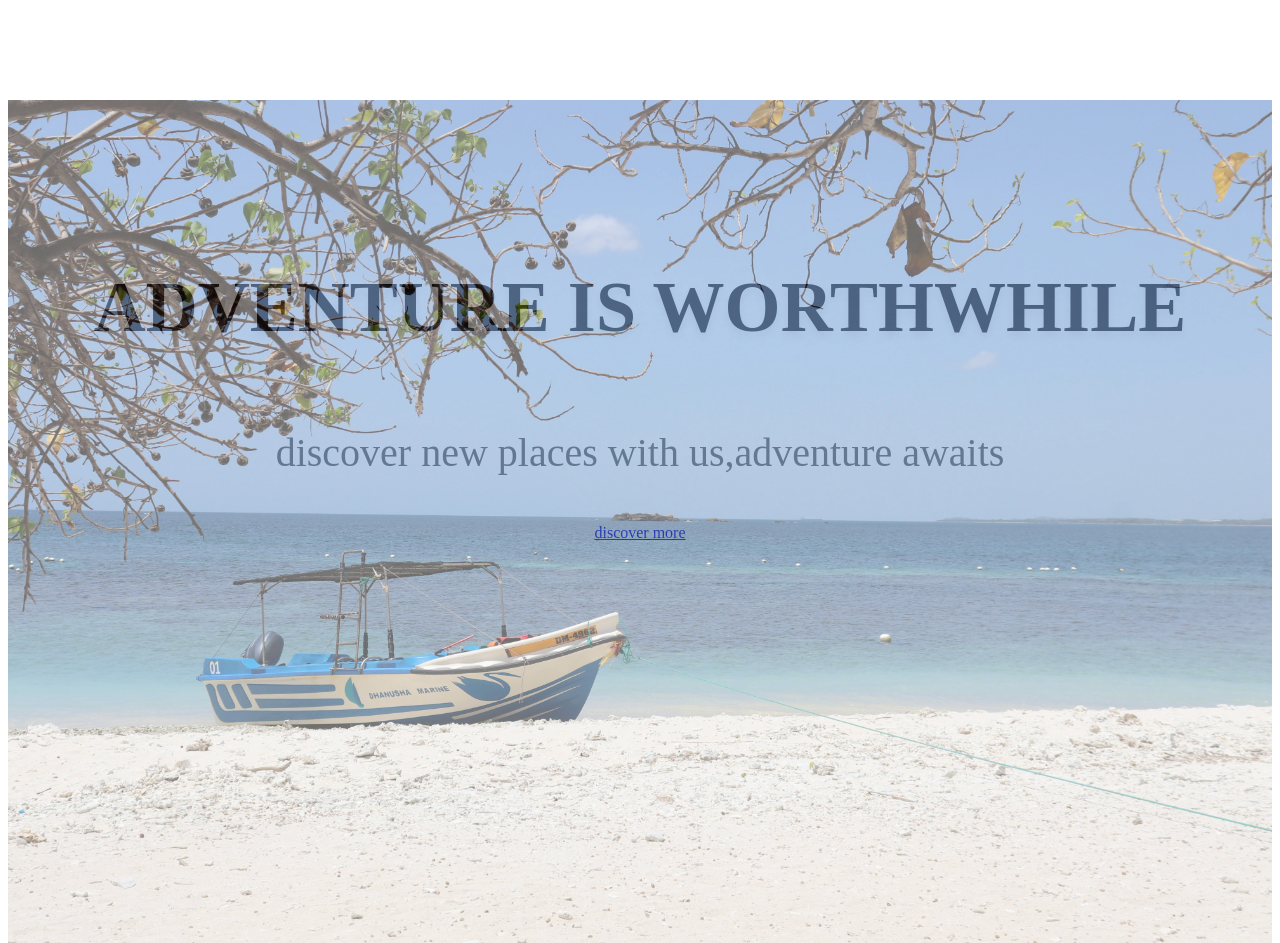
Repository: KasunInd27/Ceylon-Journey
Page: Home/home.html
An editor plug-in stored every save of this project. The page is shown before and after the next save, followed by the edit.
The browser window is 1280 px wide. The pictures show the whole page.

Above is the page before, as saved 2024-10-05 13:52:38.
Console error: SyntaxError: Unexpected token '<'

After the next save:
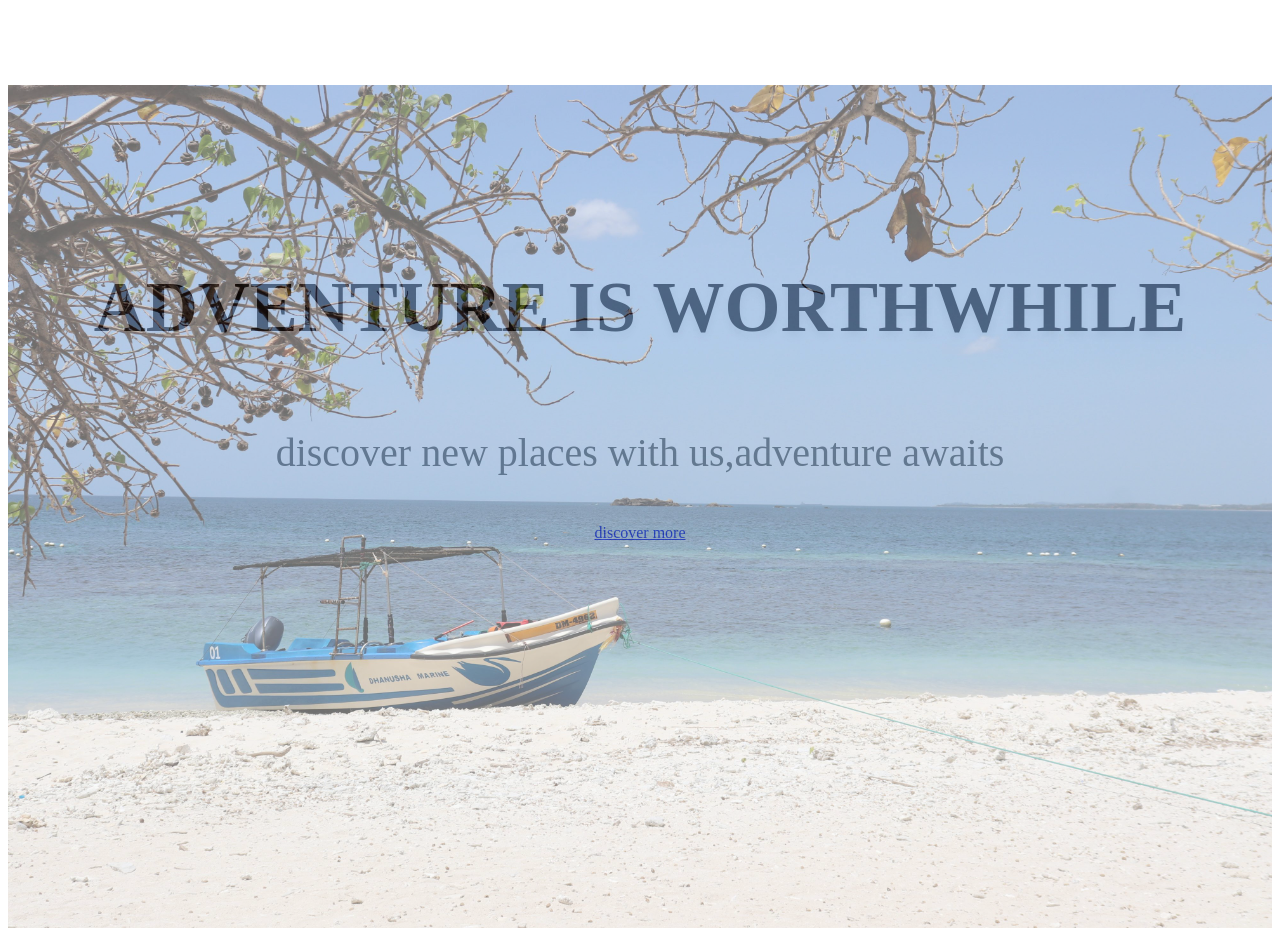
Saved 29 s later.
--- a/Home/CSS/home.css
+++ b/Home/CSS/home.css
@@ -69,7 +69,7 @@
 
 .slide
 {
-    margin-top: -320px;
+    margin-top: -350px;
     background-size:contain;
     background-position:center;
     background-repeat: no-repeat;
